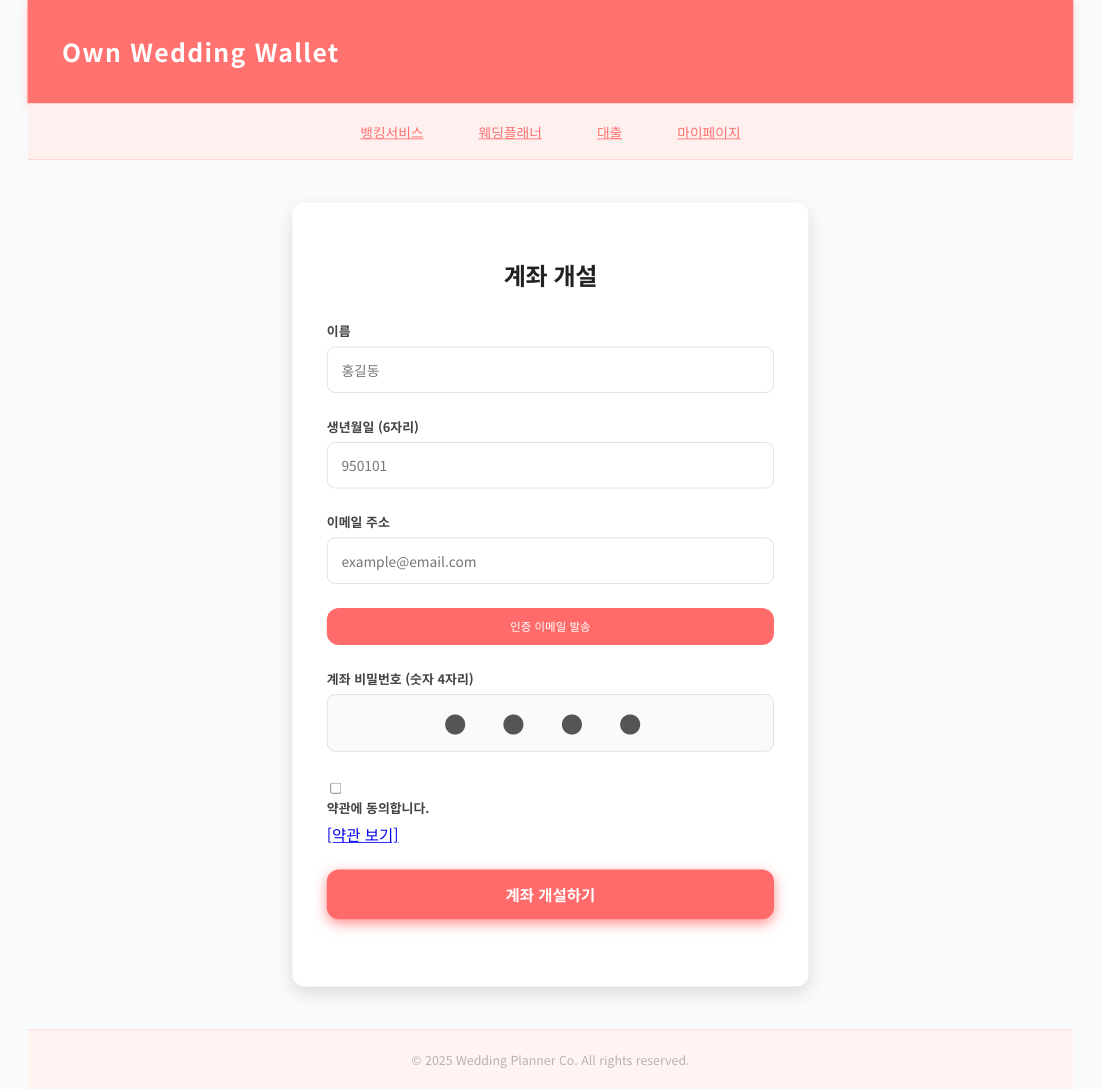
Repository: jieun1738/OWW
Page: http://localhost/account_success
An editor plug-in stored every save of this project. The page is shown before and after the next save, followed by the edit.
The browser window is 1280 px wide. The pictures show the whole page, at 86% of full size.
The page is this project's Thymeleaf template; nobody is signed in. The template is opened directly, without the code that normally fills it, so the values that code supplies are empty.

Above is the page before, as saved 2025-08-16 11:44:22.

### oww_test2/oww_bankingService/src/main/resources/templates/account_success.html
<!DOCTYPE html>
<html lang="ko">
<head>
<meta charset="UTF-8" />
<title>계좌 개설</title>
<link
	href="https://fonts.googleapis.com/css2?family=Noto+Sans+KR&display=swap"
	rel="stylesheet" />
<link rel="stylesheet" href="/css/account_css.css" />
<link rel="stylesheet" href="/css/page.css" />

<style>
/* page.css의 body 스타일을 이 페이지에서만 오버라이드 */
body {
	display: block !important; /* flex를 block으로 변경 */
	justify-content: initial !important;
	align-items: initial !important;
}

.container {
	width: 600px !important; /* 크기 키우기 */
	margin: 50px auto !important; /* 가운데 정렬 */
}
</style>
</head>

<body>

	<header>
		<h1 class="logo">Own Wedding Wallet</h1>
	</header>

	<nav>
		<div class="nav-item">
			<a href="/banking_main" class="nav-link">뱅킹서비스</a>
			<div class="dropdown">
				<a href="/createAccount">계좌생성</a> <a href="banking_transfer_1">이체</a>
				<a href="banking_safebox">세이프박스</a>
			</div>
		</div>
		<div class="nav-item">
			<a href="#wedding" class="nav-link">웨딩플래너</a>
			<div class="dropdown">
				<a href="#">추천테마</a> <a href="#">DIY</a>
			</div>
		</div>
		<div class="nav-item">
			<a href="#loan" class="nav-link">대출</a>
			<div class="dropdown">
				<a href="#">대출상품</a> <a href="#">대출상환</a>
			</div>
		</div>
		<div class="nav-item">
			<a href="#mypage" class="nav-link">마이페이지</a>
		</div>
	</nav>

	<!-- 전체 입력폼을 form으로 감싸기 -->
	<form action="/account/create" method="post">
		<section class="container" role="main" aria-label="계좌 개설 폼">
			<h2>계좌 개설</h2>

			<article class="section">
				<label for="name">이름</label> <input type="text" id="name"
					name="name" placeholder="홍길동" autocomplete="name" required />
			</article>

			<article class="section">
				<label for="birth">생년월일 (6자리)</label> <input type="text" id="birth"
					name="birth" placeholder="950101" maxlength="6" pattern="\d{6}"
					title="6자리 숫자 입력" autocomplete="bday" required />
			</article>

			<article class="section">
				<label for="email">이메일 주소</label> <input type="email" id="email"
					name="email" placeholder="example@email.com" autocomplete="email"
					required />
			</article>

			<article class="section">
				<button type="button" onclick="sendEmailVerification()"
					style="width: 100%;">인증 이메일 발송</button>
			</article>

			<article class="section" id="emailVerifySection"
				style="display: none;">
				<label for="emailCode">인증번호 입력</label> <input type="text"
					id="emailCode" name="emailCode" placeholder="6자리 입력" maxlength="6" />
				<button type="button" onclick="verifyEmailCode()"
					style="margin-top: 8px; width: 100%;">✅ 인증 확인</button>
			</article>

			<article class="section">
				<label for="passwordInput">계좌 비밀번호 (숫자 4자리)</label>
				<div id="passwordDisplay" class="password-box" tabindex="0"
					aria-label="계좌 비밀번호 입력창" role="textbox" aria-readonly="true"
					onclick="showKeypad()" onkeydown="preventTyping(event)">● ● ●
					●</div>
				<input type="hidden" id="passwordInput" name="password"
					maxlength="4" required />
				<div class="keypad" id="keypad" aria-label="숫자 키패드"
					style="display: none;">
					<button type="button" onclick="addNumber('1')">1</button>
					<button type="button" onclick="addNumber('2')">2</button>
					<button type="button" onclick="addNumber('3')">3</button>
					<button type="button" onclick="addNumber('4')">4</button>
					<button type="button" onclick="addNumber('5')">5</button>
					<button type="button" onclick="addNumber('6')">6</button>
					<button type="button" onclick="addNumber('7')">7</button>
					<button type="button" onclick="addNumber('8')">8</button>
					<button type="button" onclick="addNumber('9')">9</button>
					<button type="button" onclick="hideKeypad()">취소</button>
					<button type="button" onclick="addNumber('0')">0</button>
					<button type="button" onclick="removeNumber()">삭제</button>
				</div>
			</article>

			<article class="section">
				<div class="terms-inline">
					<input type="checkbox" id="agree" name="agree" required /> <label
						for="agree">약관에 동의합니다.</label> <a href="#"
						onclick="openModal(event)" class="terms-link">[약관 보기]</a>
				</div>
			</article>

			<article class="section">
				<button class="submit-btn" type="submit">계좌 개설하기</button>
			</article>

		</section>
	</form>


	<!-- 약관 모달 -->
	<div id="termsModal" class="modal" role="dialog" aria-modal="true"
		aria-labelledby="modalTitle" aria-describedby="modalDesc">
		<div class="modal-content">
			<span class="close" onclick="closeModal()" aria-label="모달 닫기">&times;</span>
			<h3 id="modalTitle">계좌 개설 약관</h3>
			<div id="modalDesc">
				<p>본인은 계좌 개설에 필요한 모든 정보를 사실대로 입력하였으며, 전자금융거래법 및 관련 법률에 따라 제공되는
					서비스를 이용함에 있어 아래 약관에 동의합니다.</p>
				<h4>제1조 (목적)</h4>
				<p>...</p>
				<h4>제2조 (개인정보의 수집 및 이용)</h4>
				<p>...</p>
				<h4>제3조 (계좌 이용 및 해지)</h4>
				<p>...</p>
				<h4>제4조 (비밀번호 보호)</h4>
				<p>...</p>
			</div>
		</div>
	</div>

	<footer> &copy; 2025 Wedding Planner Co. All rights reserved.
	</footer>

	<script src="/js/auth-buttons.js">
		window.onload = function() {
			// 키패드 자동 열림 방지
			document.activeElement.blur();
		};

		const passwordInput = document.getElementById("passwordInput");
		const passwordDisplay = document.getElementById("passwordDisplay");
		const keypad = document.getElementById("keypad");

		function showKeypad() {
			keypad.style.display = "grid";
		}
		function hideKeypad() {
			keypad.style.display = "none";
		}
		function updateDisplay() {
			const length = passwordInput.value.length;
			let display = "";
			for (let i = 0; i < 4; i++) {
				display += i < length ? "● " : "• ";
			}
			passwordDisplay.textContent = display.trim();
		}
		function addNumber(num) {
			if (passwordInput.value.length < 4) {
				passwordInput.value += num;
				updateDisplay();
			}
		}
		function removeNumber() {
			passwordInput.value = passwordInput.value.slice(0, -1);
			updateDisplay();
		}
		function preventTyping(event) {
			event.preventDefault();
		}
		function openModal(e) {
			e.preventDefault();
			document.getElementById("termsModal").style.display = "flex";
		}
		function closeModal() {
			document.getElementById("termsModal").style.display = "none";
		}
		function submitForm() {
			if (passwordInput.value.length !== 4) {
				alert("비밀번호 4자리를 입력해주세요.");
				showKeypad();
				passwordDisplay.focus();
				return false;
			}
			if (!document.getElementById("agree").checked) {
				alert("약관에 동의해야 계좌를 개설할 수 있습니다.");
				return false;
			}
			alert("계좌 개설이 완료되었습니다!");
			return true;
		}
		updateDisplay();
		passwordDisplay.addEventListener("keydown", preventTyping);

		function sendEmailVerification() {
			const email = document.getElementById("email").value;
			if (!email || !email.includes("@")) {
				alert("유효한 이메일 주소를 입력하세요.");
				return;
			}
			alert("인증 이메일이 발송되었습니다.");
			document.getElementById("emailVerifySection").style.display = "block";
		}

		function verifyEmailCode() {
			const code = document.getElementById("emailCode").value;
			if (code === "123456") {
				alert("이메일 인증이 완료되었습니다.");
			} else {
				alert("인증번호가 올바르지 않습니다.");
			}
		}
	</script>

</body>
</html>

### oww_test2/oww_bankingService/src/main/resources/static/css/page.css
@charset "UTF-8";

/* 기본 세팅 */
body {
	margin: 0;
	font-family: 'Segoe UI', sans-serif;
	font-size: 18px;
	padding: 0 32px;
	box-sizing: border-box;
}

/* Header */
header {
	background: #ff726f;
	padding: 20px 40px;
	box-shadow: 0 3px 10px rgb(255 114 111/ 0.3);
	position: sticky;
	top: 0;
	z-index: 1000;
	display: flex;
	justify-content: space-between;
	align-items: center;
}

.logo {
	color: #fff;
	font-weight: 700;
	font-size: 1.8rem;
	letter-spacing: 1.5px;
	user-select: none;
}

/* Navigation */
nav {
	background-color: rgba(255, 240, 240, 0.95);
	display: flex;
	justify-content: center;
	gap: 40px;
	padding: 12px 0;
	border-top: 1px solid #ffd2cc;
	border-bottom: 1px solid #ffd2cc;
	position: sticky;
	top: 56px;
	z-index: 1100;
}

.nav-item {
	position: relative;
}

.nav-link {
	color: #ff726f;
	padding: 8px 12px;
	font-size: 1rem;
	border-radius: 8px;
	transition: background-color 0.3s ease, color 0.3s ease;
	cursor: pointer;
	display: inline-block;
}

.nav-link:hover, .nav-item:hover>.nav-link {
	background-color: #ff726f;
	color: white;
}

.dropdown {
	position: absolute;
	top: 125%;
	left: 0;
	background: white;
	border-radius: 10px;
	box-shadow: 0 6px 15px rgb(0 0 0/ 0.12);
	padding: 12px 0;
	min-width: 180px;
	opacity: 0;
	visibility: hidden;
	transform: translateY(-10px);
	transition: all 0.25s ease;
	z-index: 1005;
}

.nav-item:hover .dropdown {
	opacity: 1;
	visibility: visible;
	transform: translateY(0);
}

.dropdown a {
	padding: 10px 24px;
	display: block;
	font-weight: 500;
	font-size: 0.9rem;
	color: #ff726f;
	transition: background-color 0.3s ease;
}

.dropdown a:hover {
	background-color: #ffe3e1;
	color: #b53e38;
}

/* Footer */
footer {
	text-align: center;
	padding: 24px 0;
	color: #b8b3b0;
	font-weight: 500;
	font-size: 0.9rem;
	background: #fff4f2;
	box-shadow: inset 0 1px 0 #ffd3ce;
	user-select: none;
}

/* 서비스 카드 */
.service-cards {
	max-width: 1200px;
	margin: 60px auto 100px auto;
	display: flex;
	flex-direction: column;
	gap: 60px;
	padding: 0 16px;
	justify-content: center;
}

.service-card {
	width: 100%;
	max-width: 880px;
	margin: 0 auto;
	display: flex;
	align-items: center;
	justify-content: space-between;
	background: #fff;
	border-radius: 24px;
	padding: 24px 32px 24px 68px; /* 왼쪽 여백 더 큼 */
	box-shadow: 0 6px 15px rgb(0 0 0/ 0.07);
	gap: 20px;
	user-select: none;
	transition: box-shadow 0.3s ease;
}

.service-card:hover {
	box-shadow: 0 12px 30px rgb(0 0 0/ 0.15);
}

.service-card-left {
	flex: 1;
	font-weight: 700;
	color: #ff726f;
	display: flex;
	flex-direction: column;
	gap: 16px; /* 제목과 계좌번호 사이 간격 줄임 */
}

.service-card-left h1 {
	font-size: 2.0rem;
	line-height: 1.3;
	font-weight: 700;
}

.service-card-left h1#name {
	font-size: 1.8rem;
	margin-bottom: 4px;
}

.service-card-left h2 {
	font-size: 2.2rem;
	line-height: 1.3;
	margin-bottom: 16px;
}

.service-card-left h3 {
	font-size: 1.5rem;
	font-weight: 500;
}

.service-card-icon {
	font-size: 144px;
	user-select: none;
}

.service-card-right {
	flex-shrink: 0;
	display: flex;
	flex-direction: column;
	gap: 20px;
	text-align: right;
	align-items: flex-end;
	color: #8e827b;
	font-weight: 500;
	font-size: 1.2rem;
}

.service-card-center {
	flex: 1;
	display: flex;
	flex-direction: column;
	color: #ff726f;
	justify-content: center; /* 가로 중앙 */
	align-items: center; /* 세로 중앙 */
	height: 100%; /* 상위 요소에 맞추려면 필요 */
	text-align: center; /* 텍스트 정렬 */
}

.service-card-center h1 {
	font-size: 3.0rem;
	margin-bottom: 4px;
}

.service-card-center h2 {
	font-size: 2.2rem;
	line-height: 1.3;
	margin-bottom: 16px;
}

.service-card-center h3 {
	font-size: 1.5rem;
	font-weight: 500;
}

.transfer-name, .transfer-account {
	font-size: 2rem; /* 보기 좋은 기본 크기 */
	font-weight: bold; /* 굵게 */
	color: #ff726f; /* 기존 스타일 유지 (원하시면 다른 색도 가능) */
	margin: 4px 0;
}

.transfer-balance {
	font-size: 3.4rem; /* 글씨 더 크게 */
	font-weight: bold; /* 굵게 */
	color: #ff726f;
	margin: 8px 0 16px;
}

/* 버튼들: .transfer-btn, .history-btn 스타일 추가 */
.transfer-btn, .history-btn {
	font-weight: 700;
	font-size: 1.2rem;
	padding: 16px 36px;
	color: #ff726f;
	border-radius: 30px;
	border: 3px solid #ff726f;
	background-color: transparent;
	cursor: pointer;
	transition: all 0.25s ease;
	user-select: none;
}

.transfer-btn:hover, .history-btn:hover {
	background-color: #ff726f;
	color: white;
	border-color: transparent;
}

.transfer-btn:disabled {
	background-color: transparent;
	border-color: #f7c6c5;
	color: #f7c6c5;
	cursor: not-allowed;
	pointer-events: none;
	opacity: 0.6;
}

.underline-btn {
	font-size: 2rem;
	background: none;
	border: none;
	padding: 0;
	color: #ff726f; /* 원하는 글씨색 */
	font-weight: 700;
	font-size: 1.2rem;
	text-decoration: underline; /* 밑줄 */
	cursor: pointer;
	user-select: none;
	transition: color 0.25s ease;
}

.underline-btn:hover {
	color: #b53e38; /* 호버 시 색상 변경 (원하는 색으로) */
	text-decoration: underline; /* 유지 */
}

.button-row {
	display: flex;
	align-items: center;
	gap: 16px; /* 요소들 사이 간격 */
	flex-wrap: nowrap; /* 줄바꿈 막기 */
}

.account-display {
	cursor: pointer;
}

#accountInput {
	width: 100%;
	max-width: 280px;
	padding: 14px 20px;
	font-size: 1.2rem;
	font-family: 'Segoe UI', sans-serif;
	color: #ff726f;
	background-color: #fff4f2;
	border: 2.5px solid #ff726f;
	border-radius: 24px;
	box-shadow: 0 6px 15px rgb(255 114 111/ 0.15);
	transition: border-color 0.3s ease, box-shadow 0.3s ease;
	outline: none;
	user-select: text;
}

#accountInput::placeholder {
	color: #f7c6c5;
	font-weight: 500;
}

.account-info {
	font-size: 1.1rem;
	font-weight: 500;
	color: #333333;
	margin: 4px 0;
}

#accountInput:focus {
	border-color: #b53e38;
	box-shadow: 0 8px 25px rgb(181 62 56/ 0.3);
	background-color: #fff0ef;
}

/* 모달 기본 스타일 */
.modal {
	display: none; /* 숨김 상태 */
	position: fixed;
	z-index: 9999;
	left: 0;
	top: 0;
	width: 100vw;
	height: 100vh;
	background-color: rgba(0, 0, 0, 0.4);
	justify-content: center;
	align-items: center;
}

.modal-content {
	background-color: #fff;
	border-radius: 24px;
	padding: 30px 36px;
	box-shadow: 0 6px 20px rgb(0 0 0/ 0.15);
	width: 100%;
	max-width: 400px;
}

.modal-content input {
	width: 80%;
	padding: 10px;
	border: 2px solid #ff726f;
	border-radius: 8px;
	margin-top: 16px;
	font-size: 1rem;
}

.bank-list {
	display: grid;
	grid-template-columns: repeat(2, 1fr);
	gap: 12px;
	justify-content: center;
}

.bank-btn {
	height: 60px;
	border: none;
	background: transparent;
	cursor: pointer;
	padding: 4px;
	display: flex;
	align-items: center;
	justify-content: center;
}

.bank-btn img {
	max-height: 40px;
	object-fit: contain;
}

.bank-btn:hover {
	background-color: #ff726f33;
	box-shadow: 0 0 8px #ff726f;
	border-radius: 12px;
}

/* 은행 선택 후 표시될 로고 스타일 */
.selected-bank-logo {
	width: 80px;
	height: 80px;
	display: inline-block;
}

.close {
	position: absolute;
	right: 24px;
	top: 16px;
	font-size: 24px;
	cursor: pointer;
}

/* 모달 제목 스타일 */
.modal-content h3 {
	font-family: 'Segoe UI', sans-serif;
	color: #ff726f;
	font-weight: 700;
	font-size: 1.5rem;
	margin-bottom: 16px;
	user-select: none;
}

/* 모달 일반 문단 스타일 */
.modal-content p {
	font-family: 'Segoe UI', sans-serif;
	color: #ff726f;
	font-weight: 600;
	font-size: 1.2rem;
	margin: 6px 0;
	user-select: none;
}

/* 모달 내 버튼 스타일 - 은행 모달의 버튼 스타일을 공통으로 */
.modal-content button {
	font-weight: 700;
	font-size: 1.2rem;
	padding: 12px 28px;
	color: #ff726f;
	border-radius: 30px;
	border: 3px solid #ff726f;
	background-color: transparent;
	cursor: pointer;
	transition: all 0.25s ease;
	user-select: none;
	margin-top: 12px;
	display: inline-block;
}

.modal-content button:hover {
	background-color: #ff726f;
	color: white;
	border-color: transparent;
}

/* #transferAmount 통합 스타일 */
#transferAmount {
	width: 800px; /* 너비 키움 */
	height: 100px; /* 높이 추가 */
	padding: 20px 24px; /* 패딩 약간 키움 */
	font-size: 1.8rem; /* 글씨도 약간 키움 */
	font-weight: bold;
	border: none; /* 테두리 제거 */
	border-radius: 12px;
	text-align: center;
	box-sizing: border-box;
	box-shadow: 0 2px 8px rgba(255, 114, 111, 0.3);
	background-color: #fff;
	transition: box-shadow 0.3s ease;
}

#transferAmount:focus {
	outline: none;
	border-color: transparent;
	box-shadow: 0 0 12px rgba(255, 114, 111, 0.6);
	background-color: #fffdfd;
}

#transferAmount::placeholder {
	color: #bbb;
	font-size: 1.2rem;
}

/* 반응형 정리 */
@media ( max-width : 768px) {
	body {
		padding: 0 16px;
	}
	nav {
		gap: 24px;
		font-size: 0.95rem;
	}
	.service-cards {
		gap: 40px;
		padding: 0 16px;
	}
	.service-card {
		flex-direction: column;
		padding: 32px 24px;
	}
	.service-card-left {
		flex: none;
		flex-direction: row;
		align-items: center;
		gap: 16px;
		margin-bottom: 20px;
	}
	.service-card-left h2 {
		font-size: 1.6rem;
	}
	.service-card-left h3 {
		font-size: 1.2rem;
	}
	.service-card-icon {
		font-size: 72px;
	}
	.service-card-right {
		text-align: left;
		align-items: flex-start;
		padding-left: 0;
	}
	.transfer-btn, .history-btn {
		padding: 16px 40px;
		font-size: 1.1rem;
		align-self: stretch;
	}
}

Loaded but not shown: oww_test2/oww_bankingService/src/main/resources/static/js/auth-buttons.js (24 lines, source omitted); oww_test2/oww_bankingService/src/main/resources/static/css/account_css.css (726 lines, source omitted)

After the next save:
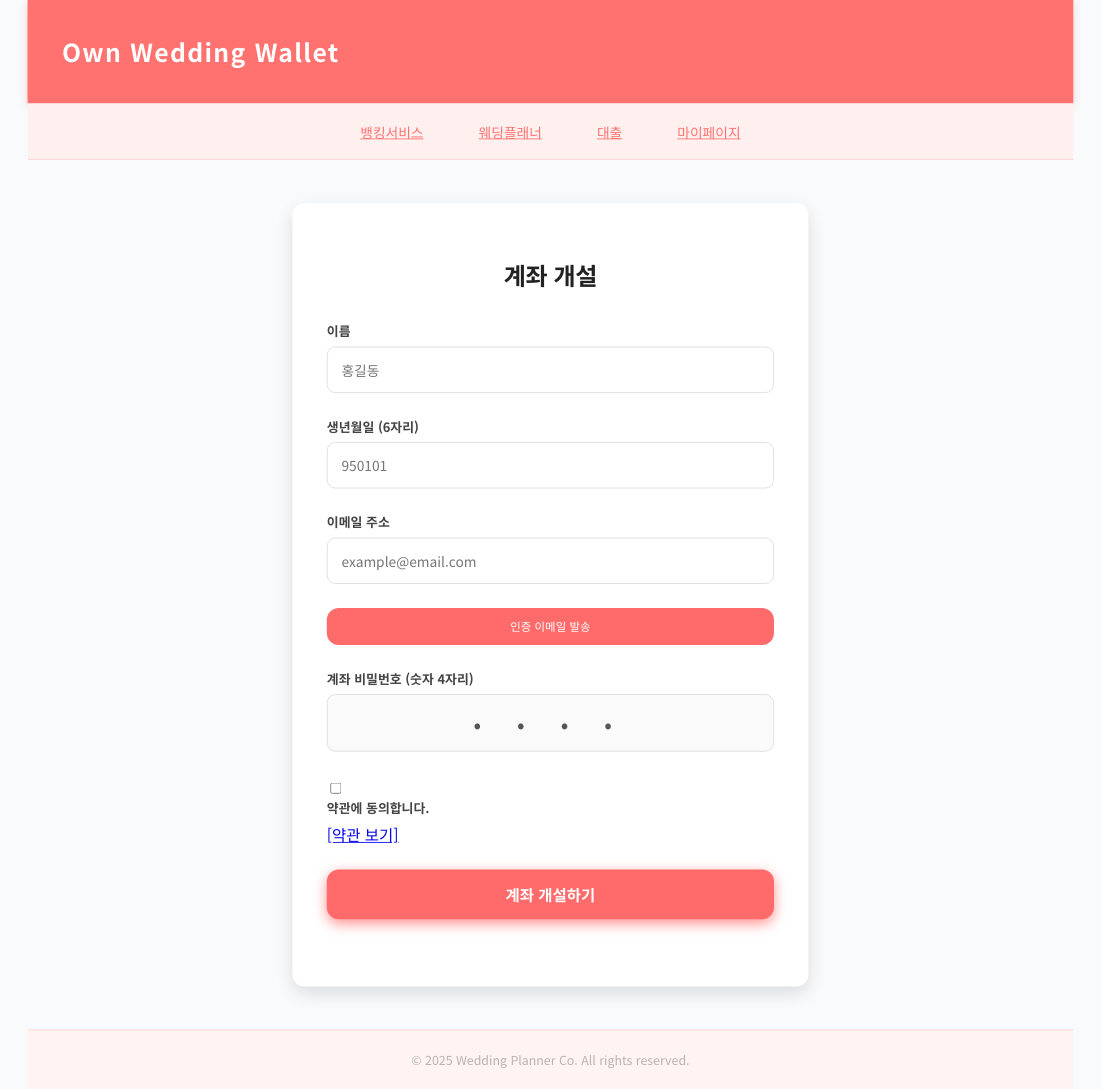
Saved 29 s later.
--- a/oww_test2/oww_bankingService/src/main/resources/templates/account_success.html
+++ b/oww_test2/oww_bankingService/src/main/resources/templates/account_success.html
@@ -155,7 +155,9 @@ body {
 	<footer> &copy; 2025 Wedding Planner Co. All rights reserved.
 	</footer>
 
-	<script src="/js/auth-buttons.js">
+<script src="/js/auth-buttons.js"></script>
+
+	<script >
 		window.onload = function() {
 			// 키패드 자동 열림 방지
 			document.activeElement.blur();
